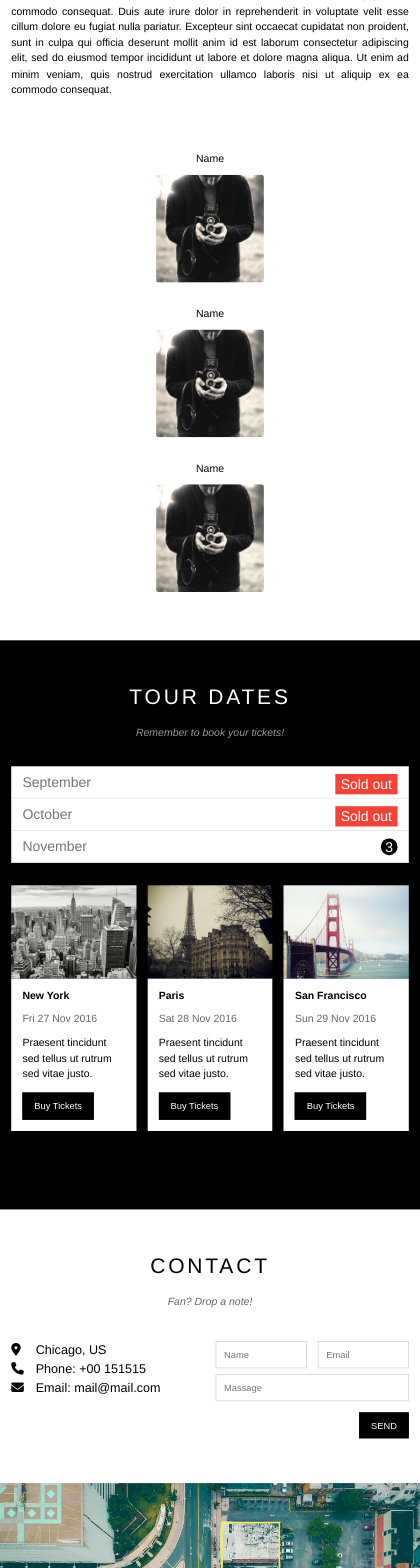
Repository: nugort/nugort.github.io
Page: learing/f8/the-band/index.html
These files come from the project's save history. The page is drawn as it stood at one moment and after the next save; the edit follows.
The browser window is 600 px wide. The pictures show the part of the page from y = 574 to 2814 px (the page is 3268 px tall before and 3828 px after), at 70% of full size.
Some web libraries are served in a nearby version.

Above is the page before, as saved 2022-03-07 03:25:11.

### learing/f8/the-band/index.html
<!DOCTYPE html>
<html lang="en">

<head>
    <meta charset="UTF-8">
    <meta http-equiv="X-UA-Compatible" content="IE=edge">
    <meta name="viewport" content="width=device-width, initial-scale=1.0">
    <title>The Band by Nugỏrt</title>
    <script src="https://kit.fontawesome.com/5e3d8c980a.js" crossorigin="anonymous"></script>
    <!-- https://fontawesome.com/kits  nguyendinhtruong10522@gmail.com-->
    <link rel="shortcut icon" href="./assets/img/favicon.jpg" type="image/x-icon">
    <link rel="stylesheet" href="./assets/css/styles.css">
    <link rel="stylesheet" href="./assets/css/responsive.css">
</head>

<body>
    <div id="main">
        <!-- Header -->
        <div id="header">

            <!-- Navigation -->
            <ul id="nav">
                <li>
                    <a href="#">Home</a>
                </li>

                <li>
                    <a href="#band">Band</a>
                </li>

                <li>
                    <a href="#tour">Tour</a>
                </li>

                <li>
                    <a href="#contact">Contact</a>
                </li>

                <li>
                    <a href="#">More <i class="fas fa-caret-down"></i></a>
                    <ul class="subnav">
                        <li>
                            <a href="#">Merchandise</a>
                        </li>

                        <li>
                            <a href="#">Extras</a>
                        </li>

                        <li>
                            <a href="#">Media</a>
                        </li>
                    </ul>
                </li>
            </ul>

            <!-- Search -->
            <div class="nav-search">
                <a href="#"><i class="fas fa-search"></i></a>
            </div>

            <div id="nav-bar-bar" class="nav-bar">
                <a href="#"><i class="fa-solid fa-bars"></i></a>
            </div>
        </div>

        <!-- Slider -->
        <div id="slider">
            <div class="slider-text">
                <h3 class="slider-text-title">
                    Chicago
                </h3>
                <p class="slider-text-dsc">
                    Thank you, Chicago - A night we won't forget.
                </p>
            </div>
        </div>

        <!-- Content -->
        <div id="content">
            <!-- About -->
            <div id="band" class="content-section">
                <h2 class="content-section-title">
                    The Band
                </h2>
                <p class="content-section-slogan">
                    We love music
                </p>
                <p class="about-content-section content">We have created a fictional band website. Lorem ipsum dolor sit
                    amet, consectetur adipiscing elit, sed do eiusmod tempor incididunt ut labore et dolore magna
                    aliqua. Ut enim ad minim veniam, quis nostrud exercitation ullamco laboris nisi ut aliquip ex ea
                    commodo consequat. Duis aute irure dolor in reprehenderit in voluptate velit esse cillum dolore eu
                    fugiat nulla pariatur. Excepteur sint occaecat cupidatat non proident, sunt in culpa qui officia
                    deserunt mollit anim id est laborum consectetur adipiscing elit, sed do eiusmod tempor incididunt ut
                    labore et dolore magna aliqua. Ut enim ad minim veniam, quis nostrud exercitation ullamco laboris
                    nisi ut aliquip ex ea commodo consequat.</p>
                <div class="row band-members">
                    <div class="col three-cols s-one-col text-center">
                        <p class="member-name">Name</p>
                        <img src="./assets/img/band-members/bandmember.jpg" alt="Name" class="member-avt">
                    </div>

                    <div class="col three-cols s-one-col text-center">
                        <p class="member-name">Name</p>
                        <img src="./assets/img/band-members/bandmember.jpg" alt="Name" class="member-avt">
                    </div>

                    <div class="col three-cols s-one-col text-center">
                        <p class="member-name">Name</p>
                        <img src="./assets/img/band-members/bandmember.jpg" alt="Name" class="member-avt">
                    </div>
                </div>
            </div>

            <!-- Tour -->
            <div id="tour" class="tour-section">
                <div class="content-section text-white">
                    <h2 class="content-section-title text-white">
                        TOUR DATES
                    </h2>
                    <p class="content-section-slogan">
                        Remember to book your tickets!
                    </p>

                    <!-- Tickets -->
                    <ul class="tickets-list">
                        <li>September <span class="sold-out">Sold out</span></li>
                        <li>October <span class="sold-out">Sold out</span></li>
                        <div class="clear"></div>
                        <li>November <span class="tickets-left">3</span></li>
                    </ul>

                    <!-- Tour places -->
                    <div class="tour-places row">
                        <div class="col three-cols">
                            <img src="./assets/img/tour-places/newyork.jpg" alt="New York" class="place-img">
                            <div class="place-body">
                                <h3 class="place-body-title">New York</h3>
                                <p class="place-time">Fri 27 Nov 2016</p>
                                <p class="place-content">Praesent tincidunt sed tellus ut rutrum sed vitae justo.</p>
                                <button class="place-buy-btn js-buy-tickets">Buy Tickets</button>
                            </div>
                        </div>

                        <div class="col three-cols">
                            <img src="./assets/img/tour-places/paris.jpg" alt="Paris" class="place-img">
                            <div class="place-body">
                                <h3 class="place-body-title">Paris</h3>
                                <p class="place-time">Sat 28 Nov 2016</p>
                                <p class="place-content">Praesent tincidunt sed tellus ut rutrum sed vitae justo.</p>
                                <button class="place-buy-btn js-buy-tickets">Buy Tickets</button>
                            </div>
                        </div>

                        <div class="col three-cols">
                            <img src="./assets/img/tour-places/sanfran.jpg" alt="San Francisco" class="place-img">
                            <div class="place-body">
                                <h3 class="place-body-title">San Francisco</h3>
                                <p class="place-time">Sun 29 Nov 2016</p>
                                <p class="place-content">Praesent tincidunt sed tellus ut rutrum sed vitae justo.</p>
                                <button class="place-buy-btn js-buy-tickets">Buy Tickets</button>
                            </div>
                        </div>
                    </div>
                </div>
            </div>

            <!-- Contact -->
            <div id="contact" class="content-section">
                <h2 class="content-section-title">
                    CONTACT
                </h2>
                <p class="content-section-slogan">
                    Fan? Drop a note!
                </p>
                <div class="row contact-form">
                    <div class="col two-cols contact-form-infor">
                        <p>
                            <i class="fa-solid fa-location-dot"></i>
                            Chicago, US
                        </p>
                        <p>
                            <i class="fa-solid fa-phone"></i>
                            Phone: +00 151515
                        </p>
                        <p>
                            <i class="fa-solid fa-envelope"></i>
                            Email: mail@mail.com
                        </p>
                    </div>
                    <div class="col two-cols">
                        <form action="">
                            <div class="row">
                                <div class="col two-cols">
                                    <input type="text" name="" placeholder="Name" class="form-control" required>
                                </div>
                                <div class="col two-cols">
                                    <input type="email" name="" placeholder="Email" class="form-control" required>
                                </div>
                            </div>

                            <div class="row">
                                <div class="col one-col mt-8">
                                    <input type="text" name="" placeholder="Massage" class="form-control" required>
                                </div>
                            </div>

                            <input type="submit" value="SEND" class="contact-form-submit mt-16">
                        </form>
                    </div>
                </div>
            </div>

            <div class="map-section">
                <img src="./assets/img/maps/map.jpg" alt="map">
            </div>
        </div>

        <div id="footer">
            <div class="social-network">
                <a href=""><i class="fa-brands fa-facebook-square"></i></a>
                <a href=""><i class="fa-brands fa-instagram"></i></a>
                <a href=""><i class="fa-brands fa-snapchat"></i></a>
                <a href=""><i class="fa-brands fa-pinterest-p"></i></a>
                <a href=""><i class="fa-brands fa-twitter"></i></a>
                <a href=""><i class="fa-brands fa-linkedin-in"></i></a>
            </div>

            <p class="copyright mt-16">This website was made with W3schools Spaces. Make your own free website today!
            </p>

            <button class="last-btn mt-16">Start now</button>
        </div>
    </div>

    <div class="modal  js-modal">
        <div class="modal-container js-modal-container">
            <modal class="close js-modal-close">
                <i class="modal-heading-close fa-solid fa-xmark"></i>
            </modal>

            <header class="modal-header">
                <i class="modal-heading-bag fa-solid fa-suitcase"></i>
                Tickets
            </header>

            <div class="modal-body">
                <label for="modal-tickets-quantity" class="modal-label">
                    <i class="fa-solid fa-cart-shopping"></i>
                    Tickets, 15$ per person
                </label>
                <input id="modal-tickets-quantity" type="text" class="modal-input" placeholder="How many ?" required>

                <label for="modal-tickets-email" class="modal-label">
                    <i class="fa-solid fa-user"></i>
                    Send To
                </label>
                <input id="modal-tickets-email" type="email" class="modal-input" placeholder="Enter email" required>

                <button id="buy-tickets">
                    Pay <i class="fa-solid fa-check"></i>
                </button>
            </div>

            <div class="modal-footer">
                <p class="modal-help">
                    Need <a href="#">help?</a>
                </p>
            </div>
        </div>
    </div>

    <script>
        const buyBtns = document.querySelectorAll('.js-buy-tickets')
        const modal = document.querySelector('.modal')
        const modalClose = document.querySelector('.js-modal-close')
        const modalContainer = document.querySelector('.js-modal-container')

        //hàm hiển thị form mua vé
        function showBuyTickets() {
            modal.classList.add('open')
        }

        //hàm ẩn form mua vé
        function hideBuyTickets() {
            modal.classList.remove('open')
        }

        //lặp qua từng thẻ button và nghe hành vi click
        for (const buyBtn of buyBtns) {
            buyBtn.addEventListener('click', showBuyTickets)
        }

        //nghe hành vi click vào button close
        modalClose.addEventListener('click', hideBuyTickets)

        modal.addEventListener('click', hideBuyTickets)

        //ngăn chặn hành vi nổi bọt (khi click vào khoảng không để đóng form và thứ k mong muốn)
        modalContainer.addEventListener('click', function (event) {
            event.stopPropagation()
        })
    </script>

    <script>
        // Đóng mở menu mobile
        var header = document.getElementById('header');
        var navBar = document.getElementById('nav-bar-bar');
        var headerHeight = header.clientHeight;

        navBar.onclick = function () {
            event.preventDefault();
            var isClosed = header.clientHeight === headerHeight;
            if (isClosed) {
                header.style.height = 'auto';
            } else {
                header.style.height = null;
            }
        }
    </script>

    <script>
        // Đóng menu mobile sau khi đã chọn chức năng
        var menuItems = document.querySelectorAll('#nav li a[href*="#"]');
        for (var i = 0; i < menuItems.length; i++) {
            var menuItem = menuItems[i];

            menuItem.onclick = function () {
                var isParentMenu = this.nextElementSibling && this.nextElementSibling.classList.contains('subnav');
                if (isParentMenu) {
                    event.preventDefault();
                } else {
                    header.style.height = null;
                }

            }
        }
    </script>
</body>

</html>

### learing/f8/the-band/assets/css/styles.css
/* 3 kiểu dùng css
- inline (phèn)
- internal (cũng phèn)
-external (đúng đúng đúng) */

/* Các đơn vị hay dùng
* Absolute units
- px
- pt
- cm
- mm
- inch
- picture

* Relative units
- %
- rem (bằng kích cỡ chữ của thẻ html - mặc định là 16px)
- em  (bằng kích cỡ chữ của thẻ cha chứa nó gần nhất có set font-size)
- vw (chiều rộng bằng chiều ngang của màn hình hiển thị)
- vh (chiều cao bằng chiều dọc của màn hình hiển thị) */

/* Hàm trong css
- var(): gọi biến vào
- linearGradient()
- rgba()
- rgb
- calc(): tính toán
- attr() */

/* Pseudo-classes (lớp giả) */

:root {
    --text-color: #FFFFFF;
    --background-color: #00171F;
    --button-color: #003459;
    --other-color: #007EA7;
    --button-2nd-color: #00A8E8;
    --nav-heigh: 46px;
}  /* Đặt biến giống trong ngôn ngữ lập trình khác thôi =))) */

* {
    box-sizing: border-box;
    margin: 0;
    padding: 0;
} /* reset css */

html {
    font-family: Helvetica, sans-serif;
    font-size: 20px;
    scroll-behavior: smooth;
}
/*
Chọn cùng lúc nhiều Class, ID đưa qua css
Bôi đen điểm chung -> CTRL +  SHIFT + L -> Mũi tên qua phải ( > ) -> CTRL + SHIFT + ( > ) -> CTRL + C
-> Qua file css paste -> ALT + CLICK  -> # -> CTRL + ( > ) -> {}
 */

/*
1. Làm từ ngoài vào trong
2. Làm từ trên xuống dưới
3. Từ tổng quan đến chi tiết
*/

/*
1. Vị trí (Vị trí các phần; Header, Content, ...)
2. Kích thước
3. Màu sắc
4. Styles (Fonts chữ, tròn, vuông, ...)
*/

/*
Chiếc web này gồm
1. Header (Done)
    1.1. Navigation (Done)
    1.2. Search button  (Done)
2. Slider (Done)
3. Content
    3.1. About
    3.2. Tour
    3.3. Contact
    3.4. Img
4. Footer
*/

/* Common */
.row {
    margin-left: -8px;
    margin-right: -8px;
}

.row::after{
    content: "";
    display: block;
    clear: both;
}

.col{
    float: left;
    padding-left: 8px;
    padding-right: 8px;
}

.one-col {
    width: 100%;
}

.two-cols {
    width: 50%;
}

.three-cols {
    width: calc(100% / 3);
}

.clear {
    content: " ";
    clear: both;
}

.text-white {
    color: #FFF !important;
}

.text-center {
    text-align: center !important;
}

.mt-8 {
    margin-top: 8px;
}

.mt-16 {
    margin-top: 16px;
}

/* Main */
#main{
    /* overflow: hidden; lấp đầy khoảng trắng do phần tử con tạo ra */
}

#header{
    position: fixed;
    top: 0px;
    left: 0px;
    right: 0px;
    background-color: black;
    height: var(--nav-heigh);
    z-index: 1;
}

#nav {
    display: inline-block;
}

#nav, .subnav {
    list-style-type: none;
}

#nav > li {
    display: inline-block;
}

#nav  li {
    position: relative;
}

#nav > li > a {
    color: #FFFFFF;
    text-transform: uppercase;
}

#nav li a {
    text-decoration: none;
    line-height: var(--nav-heigh);
    padding: 0px 24px;
    /* padding: 12px 24px; */
}

#nav > li:hover .subnav {
    display: block;
}

#nav > li:hover > a {
    display: inline-block;
    color: #000;
    background-color: #CCC;
}

#nav .subnav {
    display: none;
    position: absolute;
    top: 100%;
    left: 0px;
    background-color: #FFF;
    color: #000;
    box-shadow: 0 0 10px rgba(0, 0, 0, 0.3);
}

#nav .subnav a {
    display: block;
    color: #000;
    min-width: 160px;
    padding: 0px 12px;
    line-height: 38px ;
}

#nav .subnav li:hover a {
    color: #000;
    background-color: #CCC;
}

#header .nav-bar {
    display: none;
}

#header .nav-bar,
#header .nav-search {
    float: right;
    line-height: var(--nav-heigh);
    padding: 0px 16px ;
}

#header .nav-search {
    display: inline-block;
}

#header .nav-bar a,
#header .nav-search a {
    color: #FFF;
}

#header .nav-bar:hover {
    background-color: #CCC;
}

#header .nav-bar:hover a {
    color: #000;
}

#header .nav-search:hover {
    background-color: #F44336 !important;
    cursor: pointer;
}


/* Slider */
#slider {
    /* background-color: #CCC;
    height: 1000px; */
    position: relative;
    margin-top: var(--nav-heigh);
    padding-top: 50%;
    background: url('/the-band/assets/img/slider-1/chicago.jpg') top center / cover, no-repeat;
    /* https://youtu.be/BmkVXoKoqVA?t=640 */
}

#slider .slider-text{
    color: #FFF;
    position: absolute;
    bottom: 48px;
    /* left: 50%;
    transform: translateX(-50%); */

    /* left: 0px;
    right: 0px; */

    width: 100%;
    text-align: center;
}

#slider .slider-text-title{
    font-size: 220%;
    font-weight: 500;
    font-style: 24px;
    margin-bottom: 25px;
}

#slider .slider-text-dsc{
    font-style: 15px;
}



/* Content */
#content {

}

#content .content-section {
    width: 800px;
    max-width: 100%; /*tablet responsive*/
    margin: auto;
    padding: 64px 0px;
    padding-left: 16px;
    padding-right: 16px; /*tablet responsive*/
}

#content .content-section-title {
    font-weight: 500;
    font-size: 30px;
    text-transform: uppercase;
    letter-spacing: 4px;

}

#content .content-section-slogan {
    font-style: italic;
    font-size: 15px;
    margin-top: 25px;
    opacity: 0.6;
}

#content .about-content-section.content {
    font-size: 15px;
    margin-top: 25px;
    text-align: justify;
    line-height: 1.5;
}

#content .content-section-title,
#content .content-section-slogan {
    text-align: center;
}

#content .band-members{
    margin-top: 48px;
}

#content .member-name {
    font-size: 15px;
}

#content .member-avt {
    margin-top: 15px;
    width: 154px;
    border-radius: 4px;
}

/* Tour */
.tour-section {
    background-color: #000;
}

.tickets-list {
    margin-top: 40px;
    color: #000;
    background-color: #FFF;
}

.tickets-list li {
    list-style: none;
    color: #757575;
    font: 15px;
    padding: 11px 16px;
    border-bottom: 1px solid #DDD;
}

.tickets-list .sold-out {
    float: right;
    color: #FFF;
    background-color: #F44336;
    padding: 3px 8px;

}

.tickets-list .tickets-left {
    float: right;
    color: #FFF;
    background-color: #000;
    border-radius: 50%;
    width: 24px;
    height: 24px;
    text-align: center;
    line-height: 24px;
}

.tour-places {
    margin-top: 32px;
    margin-bottom: 48px;
}


/* Place */
.place-img {
    width: 100%;
    display: block;
}

.place-body {
    background-color: #FFF;
    color: #000;
    font-size: 15px;
    padding: 16px;
}

.place-body-title {
    font-size: 15px;
}

.place-time {
    margin-top: 15px;
    opacity: 0.6;
}

.place-content {
    margin-top: 15px;
    line-height: 1.5;
}

.place-buy-btn {
    display: inline-block;
    color: #FFF;
    background-color: #000;
    text-decoration: none;
    padding: 11px 16px;
    margin-top: 15px;
    border: 1px solid #000;
}

.place-buy-btn:hover {
    color: #000;
    background-color: #CCC;
}

/* Contact form */
.contact-form {
    margin-top: 48px;
}

.contact-form-infor {
    font-size: 18px;
    line-height: 1.5;
}

.contact-form-infor i[class*="fa-solid"] {
width: 30px;
display: inline-block;
}

.contact-form .form-control {
    padding: 11px;
    border: solid 1px #CCC;
    width: 100%;
    outline: none;
}

.contact-form .contact-form-submit {
    background-color: #000;
    color: #FFF;
    border: solid 1px #000;
    padding: 10px 16px ;
    float: right;
    cursor: pointer;
}

.contact-form .contact-form-submit:hover {
    background: #CCC;
    color: #000;
}

/* map */
.map-section img {
    width: 100%;
}

/* Footer */
#footer {
    padding: 64px 16px;
    text-align: center;
}

#footer .social-network a {
    font-size: 24px;
    color: #666;
    cursor: pointer;
}

#footer .social-network a:hover {
    opacity: 0.81;
}

#footer .copyright {
    font-size: 12px;
}

#footer .last-btn {
    border-radius: 32px;
    padding: 8px 16px;
    font-size: 12px;
    border: none;
    color:#FFF;
    background: #666;
}

#footer .last-btn:hover {
    color: #666;
    background: #CCC;
}

/* Modal */
.modal {
    position: fixed;
    top: 0;
    right: 0;
    bottom: 0;
    left: 0;
    background: rgba(0, 0, 0, 0.4);
    display: flex;
    align-items: center;
    justify-content: center;
    display: none;
}

.modal.open {
    display: flex;
}

.modal-container {
    background: #FFF;
    width: 900px;
    max-width: calc(100% - 32px);
    min-height: 200px;
    position: relative;
    animation: modalFadeIn ease 0.4s;
}

.modal-header {
    background-color: #009688;
    color: #FFF;
    height: 130px;
    display: flex;
    align-items: center;
    justify-content: center;
    font-size: 30px;
}

.modal-heading-close {
    position: absolute;
    right: 0;
    top: 0;
    padding: 12px;
    cursor: pointer;
    opacity: 0.81;
    color: #FFF
}

.modal-heading-close:hover {
    background-color: rgba(255, 255, 255, 0.81);
    opacity: 1;
    color: #009688;
}

.modal-heading-bag {
    margin-right: 16px;
}

.modal-body {
    padding: 16px;
}

.modal-label {
    display: block;
    font-size: 15px;
    margin-bottom: 9px;
}

.modal-input {
    font-size: 15px;
    padding: 10px;
    width: 100%;
    border: 1px solid #CCC;
    margin-bottom: 27px;
}

#buy-tickets {
    width: 100%;
    border: solid 1px #CCC;
    color: #FFF;
    background-color: #009688;
    text-transform: uppercase;
    font-size: 15px;
    padding: 18px;
    cursor: pointer;
}

#buy-tickets:hover {
    color:#009688;
    background-color:  #FFF;
}

.modal-footer {
    padding: 16px;
    text-align: right;
}

.modal-footer a {
    text-decoration: none;
    color: #00A8E8;
}

@keyframes modalFadeIn {
    from {
        opacity: 0;
        transform: translateY(-100px);
    }
    to {
        opacity: 1;
        transform: translateY(0px);

    }
}

### learing/f8/the-band/assets/css/responsive.css
/*
    PC: >= 1024px
    Tablet: >= 740px & < 1024px
    Mobile: < 740px
*/

/* PC */
/* @media (min-width: 1024) {

} */

/* Tablet */
/* @media (max-width: 1023px) and (min-width: 741px) {

} */

/* Mobile */
@media (max-width: 740px) {
    #header {
        overflow: hidden;
    }

    #header .nav-search {
        display: none;
    }

    #header .nav-bar {
        display: inline-block;
        position: absolute;
        top: 0;
        right: 0;
    }

    #nav {
        display: block
    }

    #nav > li {
        display: block;
    }

    #nav > li:first-child {
        display: inline-block;
    }

    #nav > li  a{
        display: block;
        padding: 1px 24px;
    }

    #nav .subnav {
        position: initial;
        background:#333;
    }

    #nav .subnav a {
        color: #fff;
        padding: 5px 41px;
    }

    #content .s-one-col  {
        margin-top: 30px;
        width: 100%;
    }

}

After the next save:
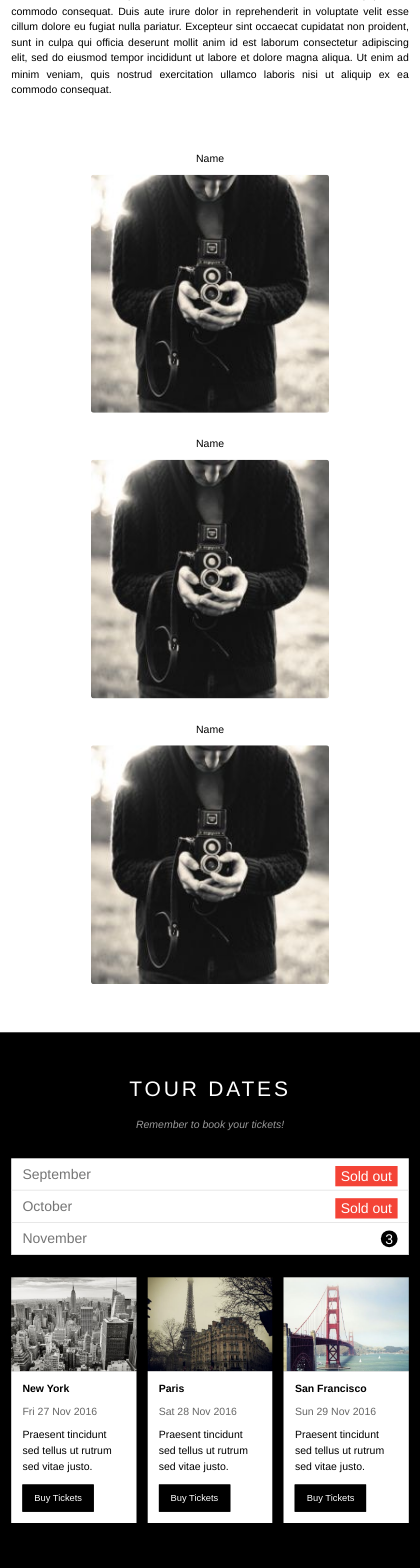
Saved 58 s later.
--- a/learing/f8/the-band/assets/css/responsive.css
+++ b/learing/f8/the-band/assets/css/responsive.css
@@ -63,4 +63,7 @@
         width: 100%;
     }
 
+    #content .member-avt {
+        width: 60%;
+    }
 }
